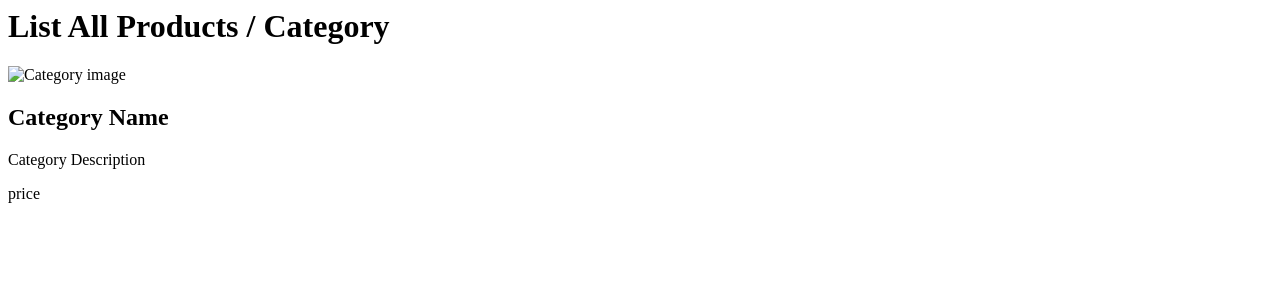
Repository: mealeaseng/SA_Project
Page: Admin/admin/src/Components/product/product.html
The author's editor kept a copy of each file at every save. The page is drawn from the files as they stood at one save, then again after the next save.
The browser window is 1280 px wide. The pictures show the whole page.

Above is the page before, as saved 2025-11-07 12:32:33.

After the next save:
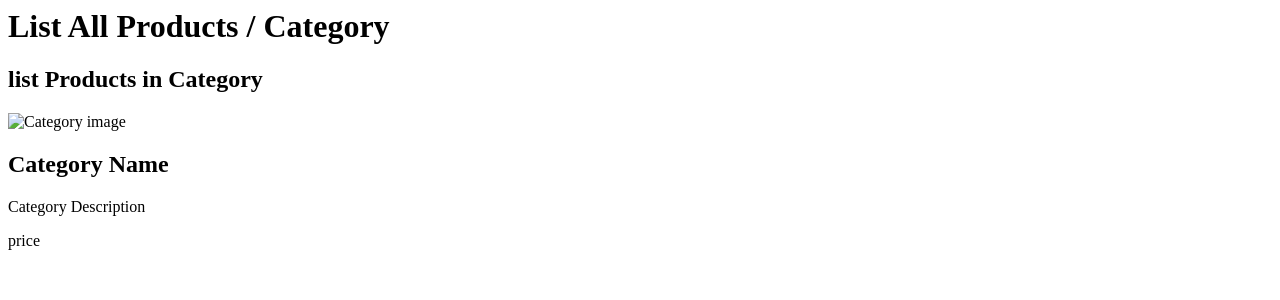
Saved 5 min 50 s later.
--- a/Admin/admin/src/Components/product/product.html
+++ b/Admin/admin/src/Components/product/product.html
@@ -3,6 +3,7 @@
 </div>
 
 <div>
+  <h2>list Products in Category</h2>
   <img src="" alt="Category image" />
   <h2>Category Name</h2>
   <p>Category Description</p>
